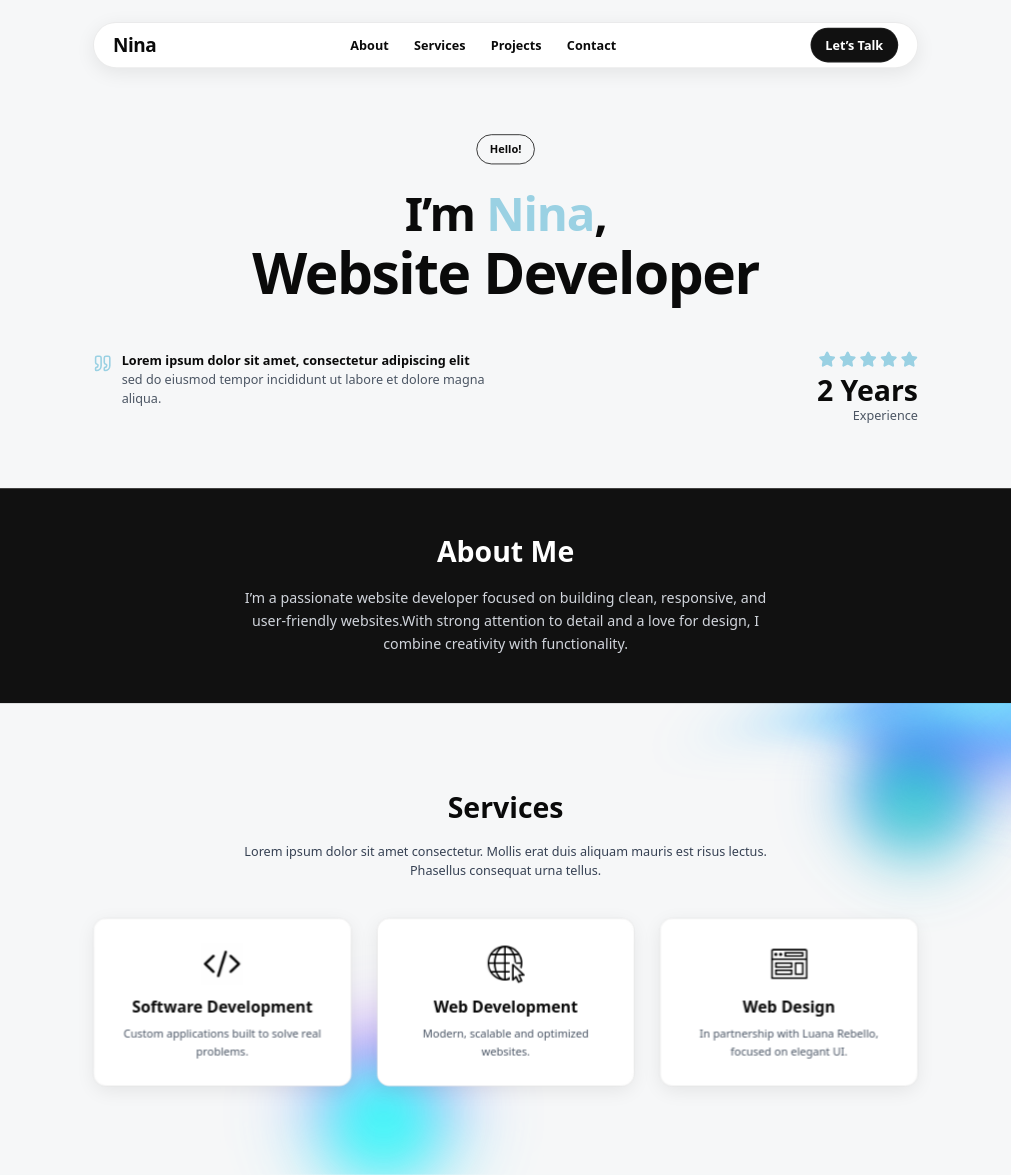
Repository: nina-rebello/portfolio
Page: /
These files come from the project's save history. The page is drawn as it stood at one moment and after a run of saves; the edit follows.
The browser window is 1280 px wide. The pictures show the whole page, at 79% of full size.
The project was rebuilt for these pictures with package versions that can differ from the ones it lists, and the page was loaded fresh each time. The framework's server and built-in components were replaced by stand-ins that run in the browser. Also part of the build but not shown: next.config.ts.

Above is the page before, as saved 2025-09-11 16:06:30.

After the next 2 saves:
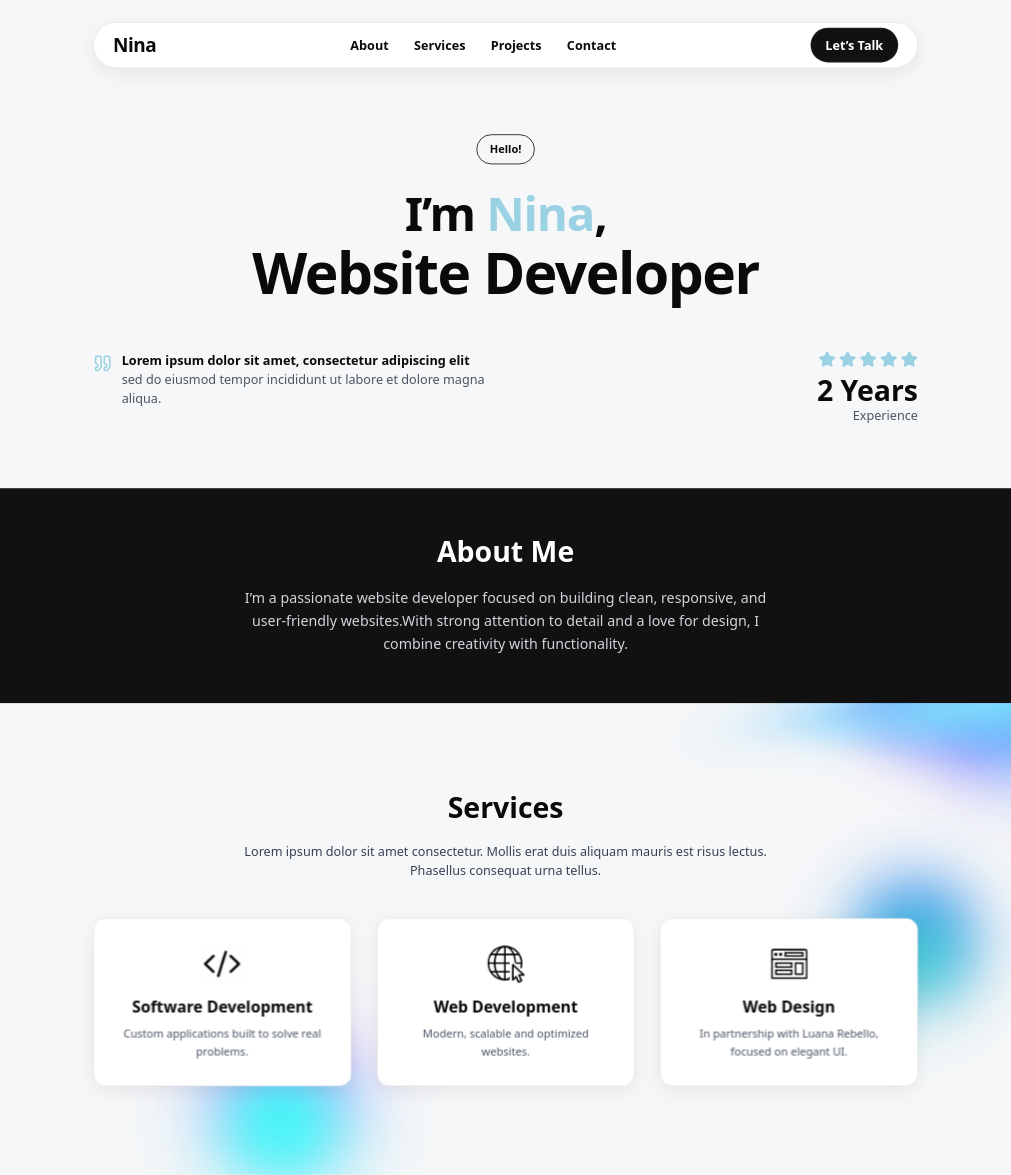
The 2 saves are shown as one change because they came seconds apart.
The last was saved 6 s later.
--- a/components/sections/Services.tsx
+++ b/components/sections/Services.tsx
@@ -36,14 +36,14 @@ export default function Services() {
           alt=""
           width={1200}
           height={1200}
-          className="absolute -bottom-40 left-[18%] w-[520px] opacity-70"
+          className="absolute -bottom-40 left-[8%] w-[520px] opacity-70"
         />
         <Image
           src="/gradients/blur-gradient.png"
           alt=""
           width={600}
           height={600}
-          className="absolute -top-24 -right-28 w-[460px] opacity-70"
+          className="absolute top-24 -right-28 w-[460px] opacity-70"
         />
       </div>
 
